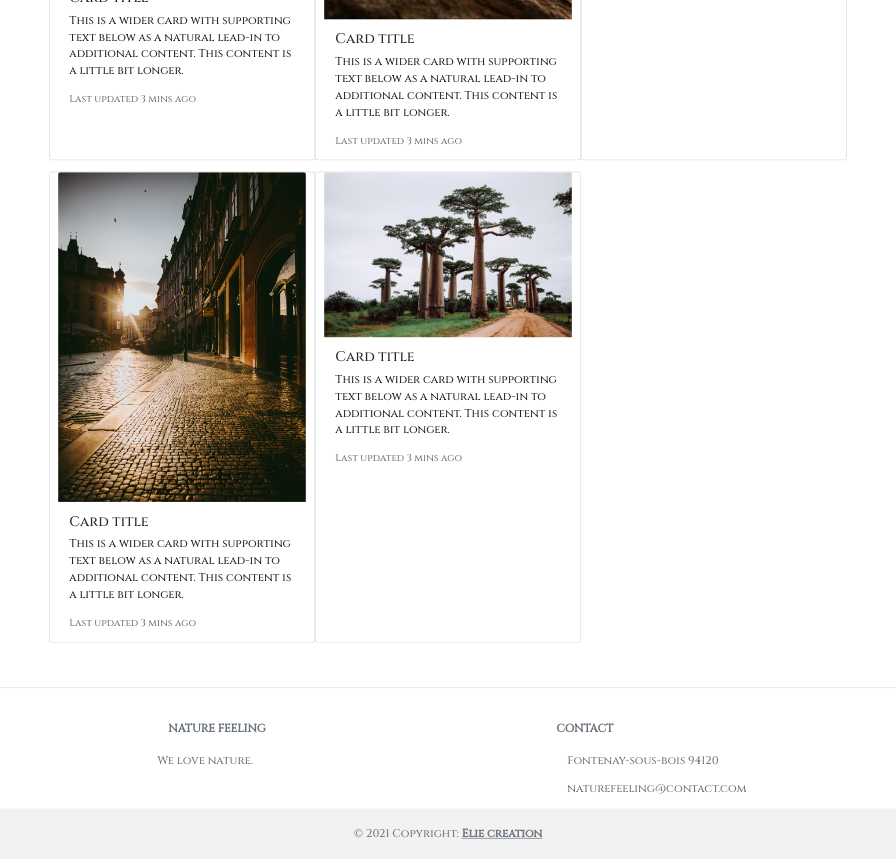
Repository: Elie-Dey/boot-start
Page: gallery.html
An editor plug-in stored every save of this project. The page is shown before and after the next save, followed by the edit.
The browser window is 1280 px wide. The pictures show the part of the page from y = 690 to 2610 px (the page is 1917 px tall before and 2906 px after), at 70% of full size.
Some web fonts or font styles are not loaded; a fallback is used.

Above is the page before, as saved 2021-08-19 19:01:12.

After the next save:
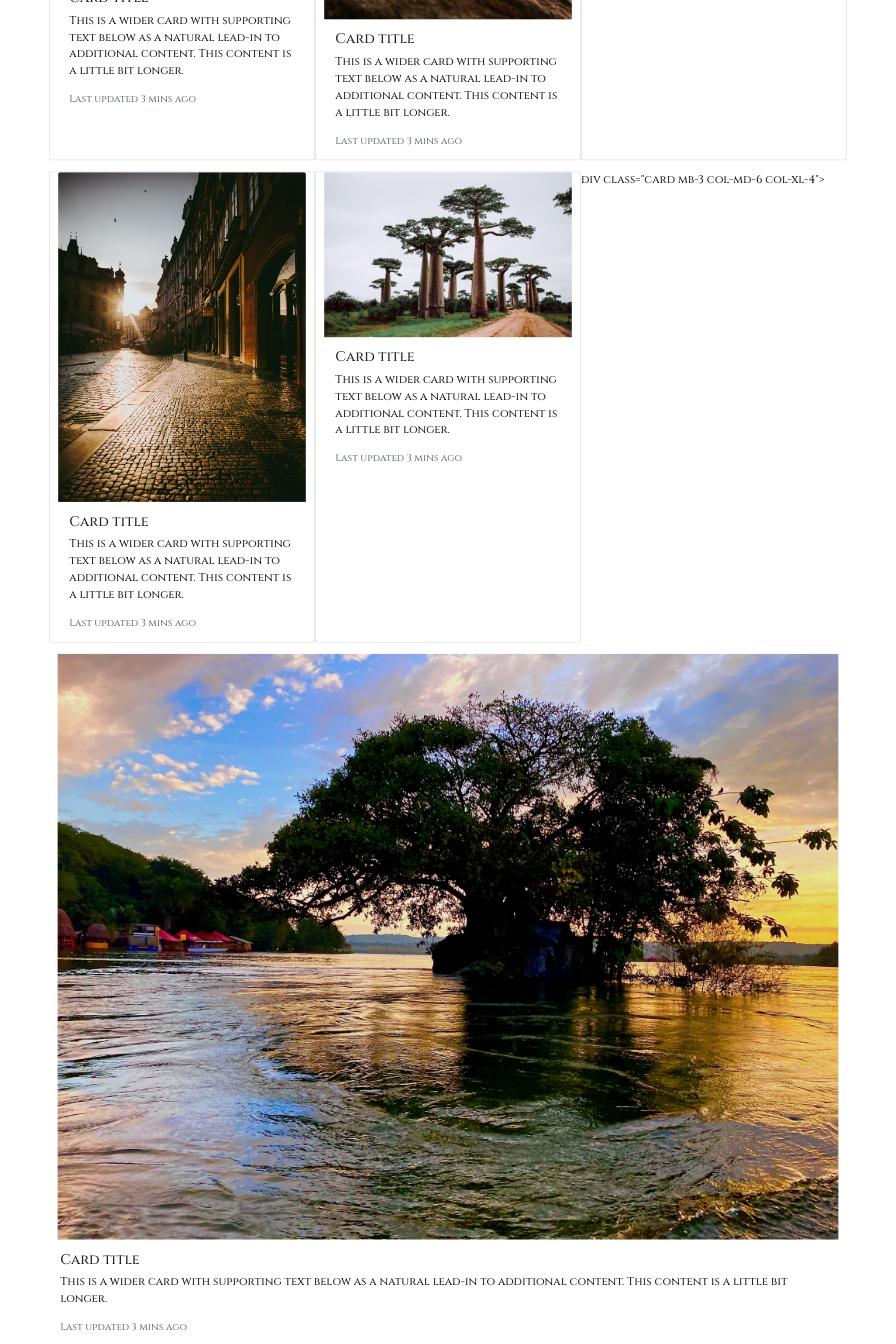
Saved 31 s later.
--- a/gallery.html
+++ b/gallery.html
@@ -162,6 +162,24 @@
             </p>
           </div>
         </div>
+div class="card mb-3 col-md-6 col-xl-4">
+          <img
+            src="images/melissa-askew-cs8Xa4t1hvc-unsplash.jpg"
+            class="card-img-top"
+            alt="..."
+          />
+          <div class="card-body">
+            <h5 class="card-title">Card title</h5>
+            <p class="card-text">
+              This is a wider card with supporting text below as a natural
+              lead-in to additional content. This content is a little bit
+              longer.
+            </p>
+            <p class="card-text">
+              <small class="text-muted">Last updated 3 mins ago</small>
+            </p>
+          </div>
+        </div>
 
         <!--Images cards-->
       </div>
